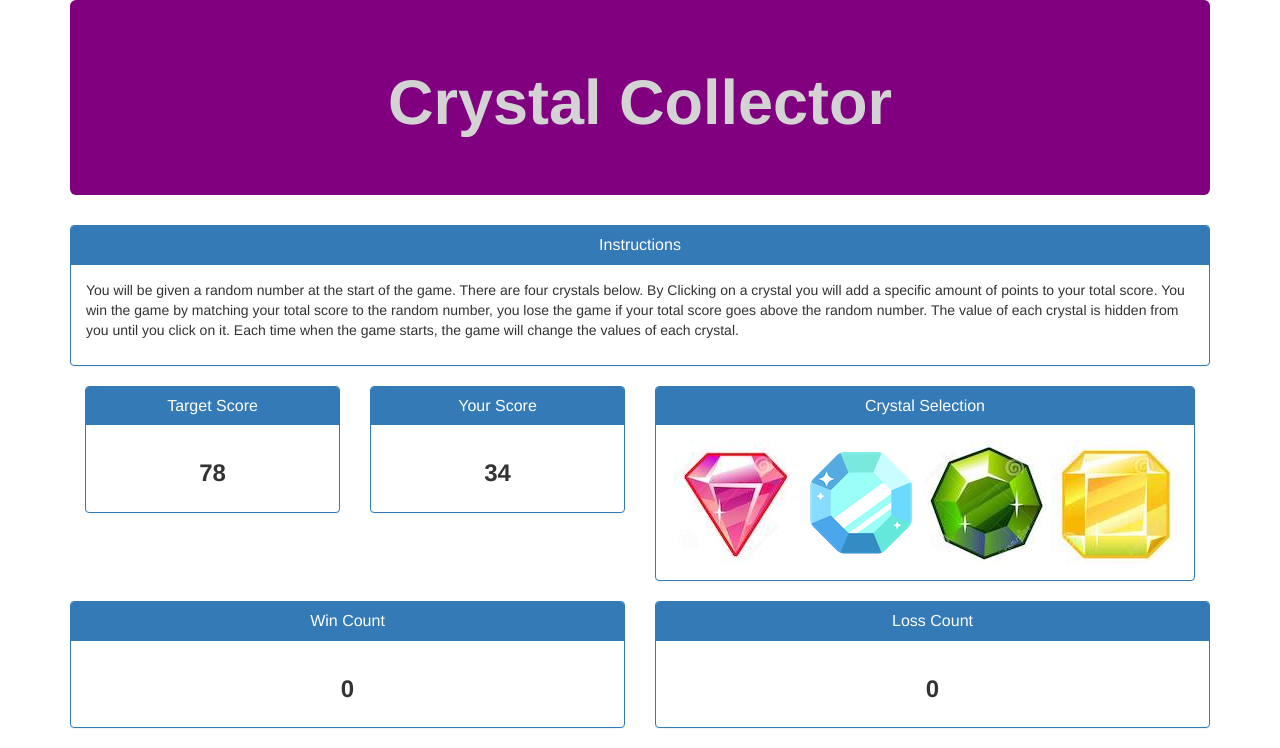
Repository: mikecherry1/week-4-game
Page: index.html
These files come from the project's save history. The page is drawn as it stood at one moment and after the next save; the edit follows.
The browser window is 1280 px wide. The pictures show the whole page.
Some web libraries are served in a nearby version.

Above is the page before, as saved 2017-11-21 16:45:03.
Not found: javascript/game.js

After the next save:
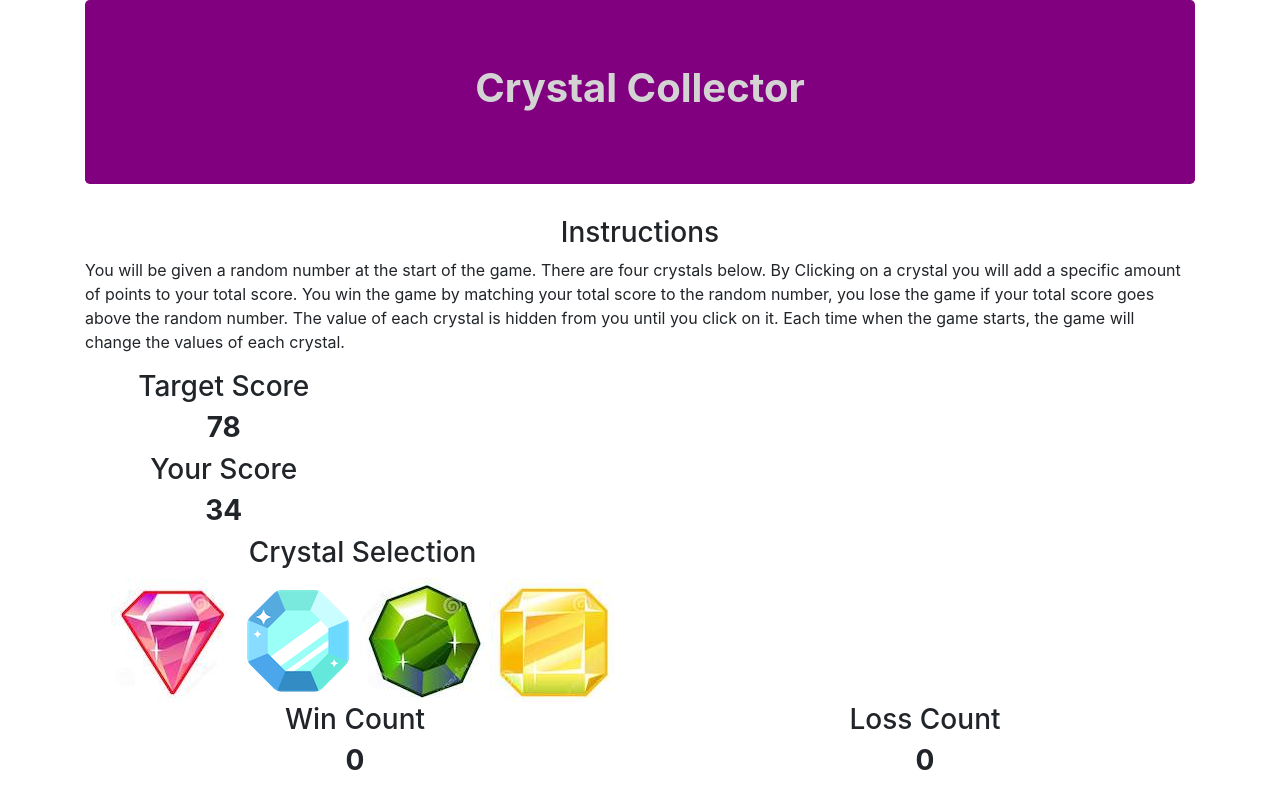
Saved 3 min 46 s later.
--- a/index.html
+++ b/index.html
@@ -7,7 +7,7 @@
     <meta name="viewport" content="width=device-width, initial-scale=1, shrink-to-fit=no">
 
     <!-- Bootstrap CSS -->
-    <link rel="stylesheet" <link href="https://maxcdn.bootstrapcdn.com/bootstrap/3.3.7/css/bootstrap.min.css" rel="stylesheet" integrity="sha384-BVYiiSIFeK1dGmJRAkycuHAHRg32OmUcww7on3RYdg4Va+PmSTsz/K68vbdEjh4u"
+    <link rel="stylesheet" href="https://maxcdn.bootstrapcdn.com/bootstrap/4.0.0-beta.2/css/bootstrap.min.css" integrity="sha384-PsH8R72JQ3SOdhVi3uxftmaW6Vc51MKb0q5P2rRUpPvrszuE4W1povHYgTpBfshb"
         crossorigin="anonymous">
         <title>Crystal Collector</title>
   </head>

After the save that followed:
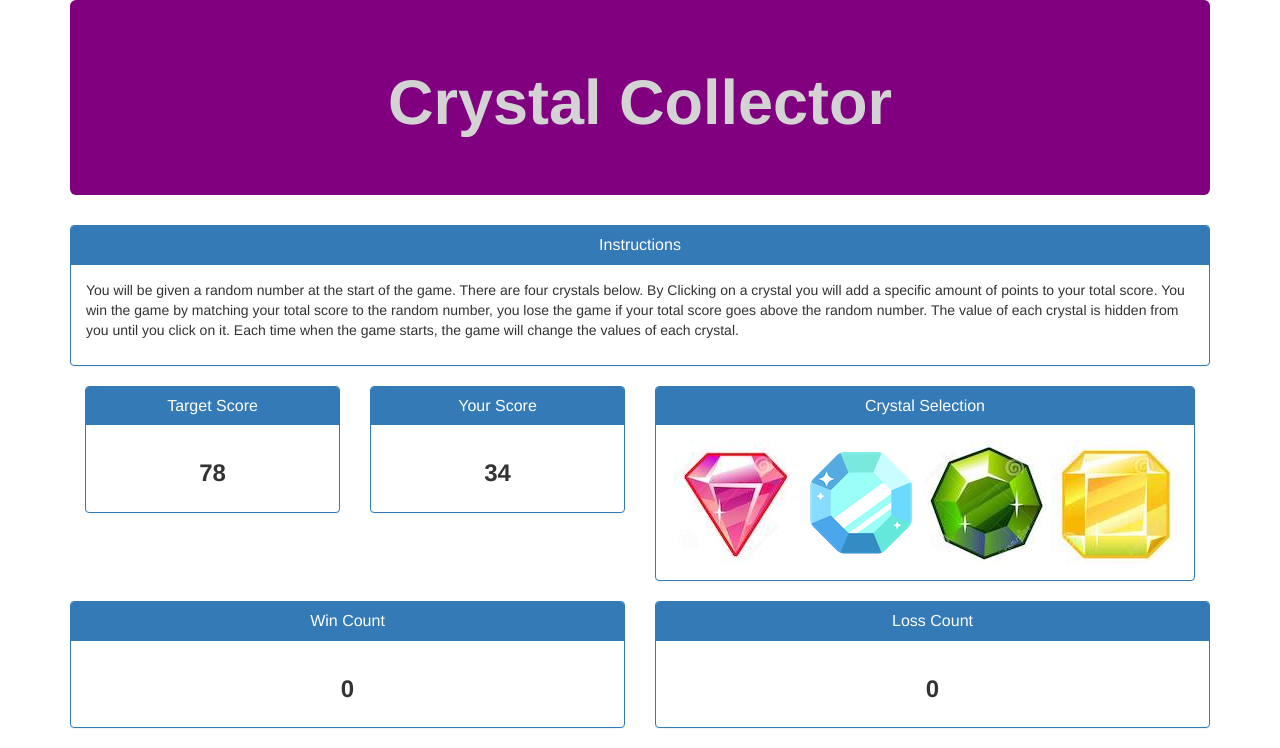
Saved 39 s later.
--- a/index.html
+++ b/index.html
@@ -7,7 +7,7 @@
     <meta name="viewport" content="width=device-width, initial-scale=1, shrink-to-fit=no">
 
     <!-- Bootstrap CSS -->
-    <link rel="stylesheet" href="https://maxcdn.bootstrapcdn.com/bootstrap/4.0.0-beta.2/css/bootstrap.min.css" integrity="sha384-PsH8R72JQ3SOdhVi3uxftmaW6Vc51MKb0q5P2rRUpPvrszuE4W1povHYgTpBfshb"
+    <link rel="stylesheet" <link href="https://maxcdn.bootstrapcdn.com/bootstrap/3.3.7/css/bootstrap.min.css" rel="stylesheet" integrity="sha384-BVYiiSIFeK1dGmJRAkycuHAHRg32OmUcww7on3RYdg4Va+PmSTsz/K68vbdEjh4u"
         crossorigin="anonymous">
         <title>Crystal Collector</title>
   </head>
